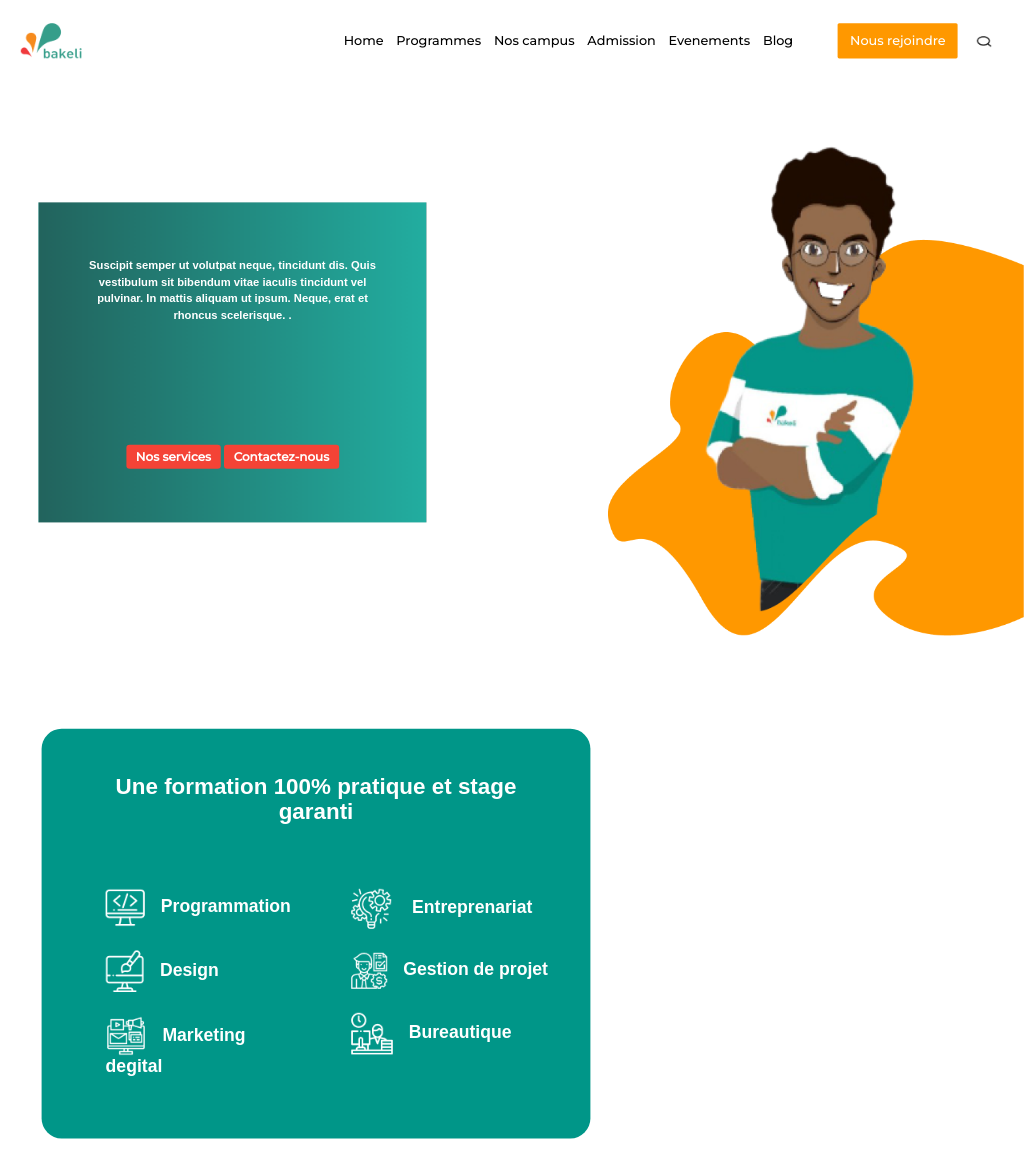
Repository: wadelfadill/tache_6_validation_prototype_bootstrap
Page: index.html
The author's editor kept a copy of each file at every save. The page is drawn from the files as they stood at one save, then again after the next save.
The browser window is 1280 px wide. The pictures show the whole page, at 80% of full size.
Some web libraries are served in a nearby version.

Above is the page before, as saved 2023-04-24 20:33:29.

After the next save:
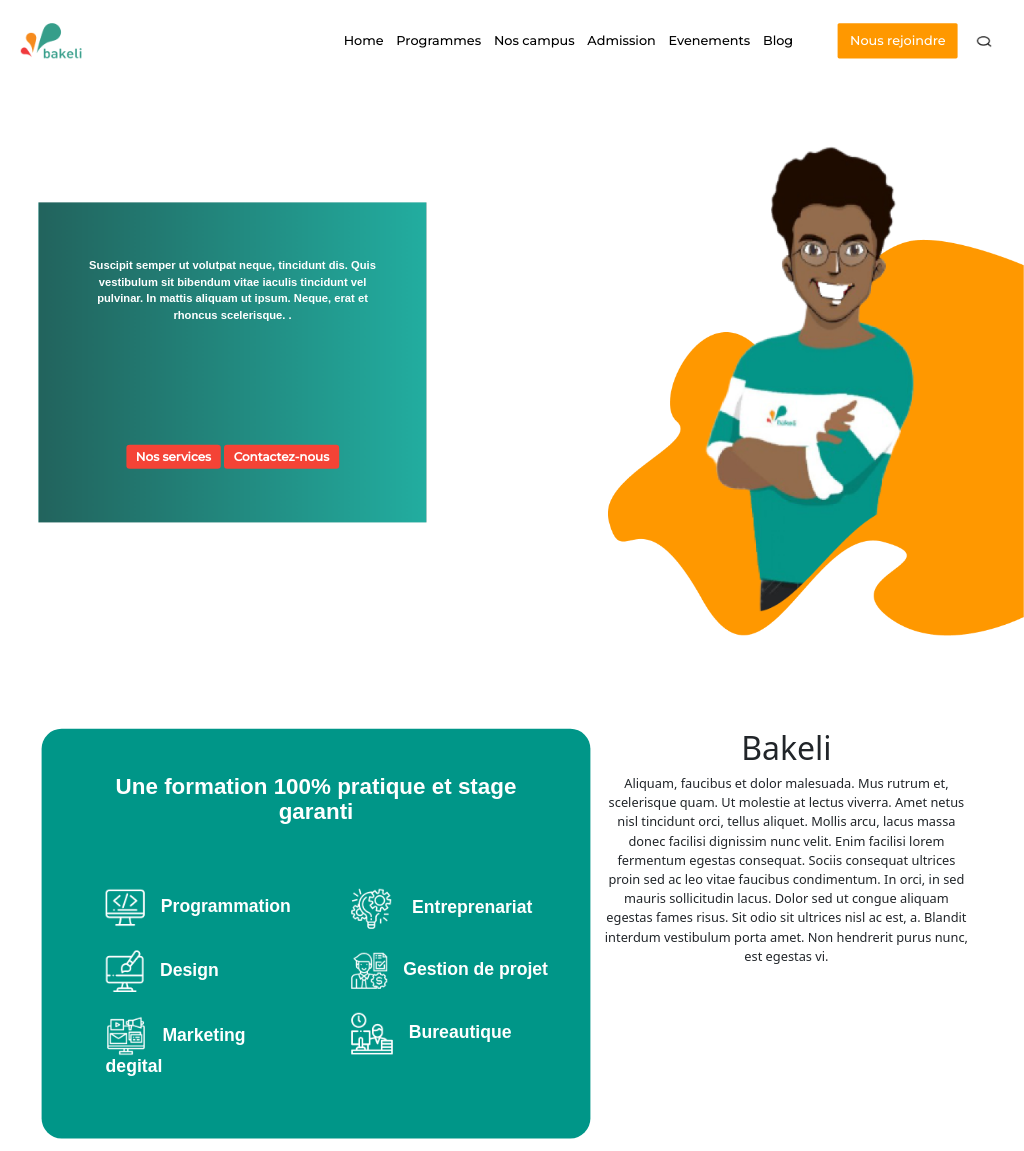
Saved 2 min 56 s later.
--- a/index.html
+++ b/index.html
@@ -112,7 +112,19 @@
                         </div>
 
                     </div>
-                    <div class="col-md-5"></div>
+                    <div class="col-md-5 bakeli text-center">
+                        <h1>Bakeli</h1>
+                        <p>Aliquam, faucibus et dolor malesuada. Mus rutrum et, scelerisque quam.
+                             Ut molestie at lectus viverra. Amet netus nisl tincidunt orci, tellus aliquet.
+                             Mollis arcu, lacus massa donec facilisi dignissim nunc velit.
+                             Enim facilisi lorem fermentum egestas consequat.
+                             Sociis consequat ultrices proin sed ac leo vitae faucibus condimentum.
+                            In orci, in sed mauris sollicitudin lacus.
+                            Dolor sed ut congue aliquam egestas fames risus.
+                            Sit odio sit ultrices nisl ac est, a.
+                             Blandit interdum vestibulum porta amet. Non hendrerit purus nunc, est egestas vi.</p>
+
+                    </div>
                 </div>
             </div>
         </section>
